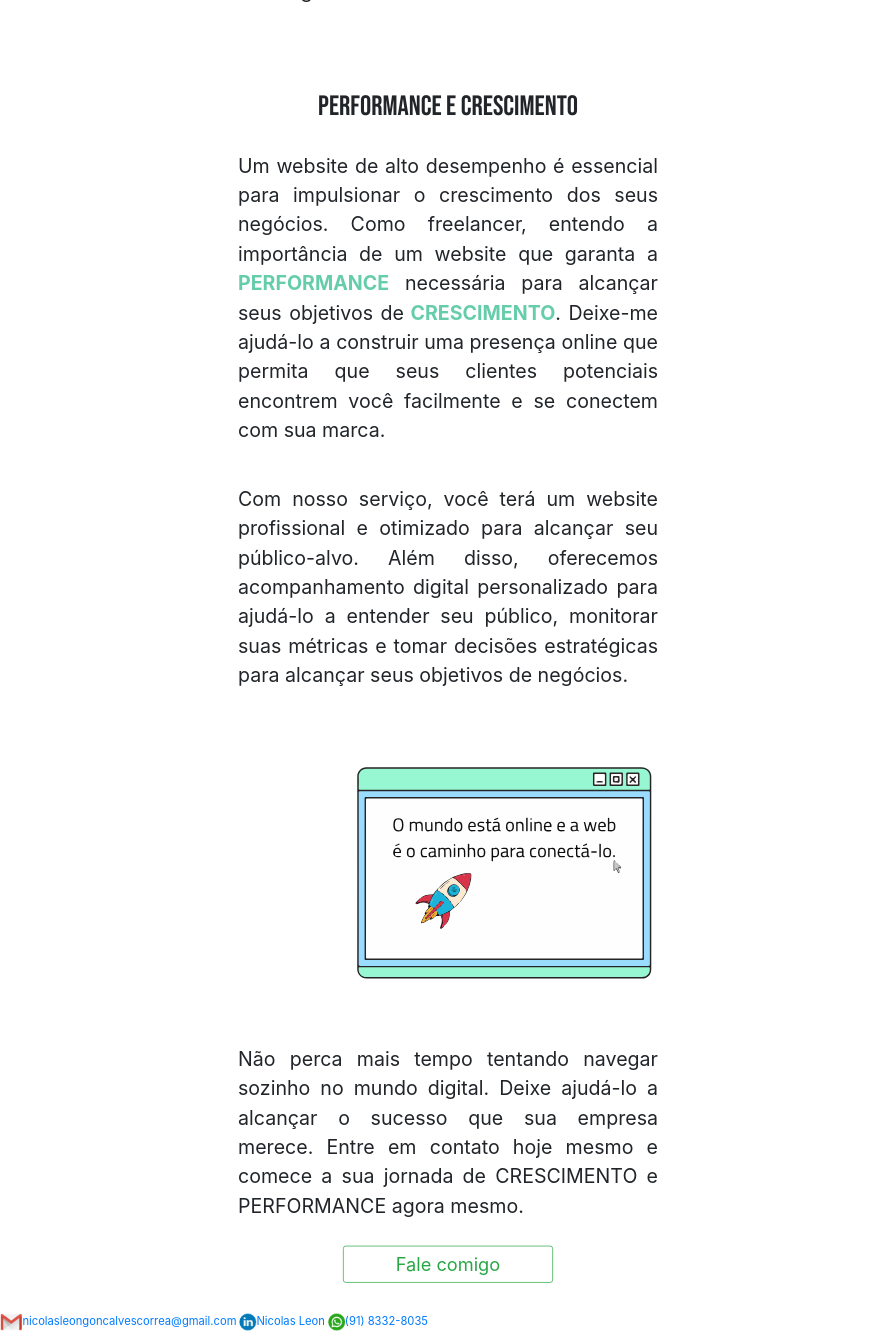
Repository: Leonngc/nicdev
Page: index.html
The author's editor kept a copy of each file at every save. The page is drawn from the files as they stood at one save, then again after a run of saves.
The browser window is 1280 px wide. The pictures show the part of the page from y = 2372 to 4292 px (the page is 4292 px tall), at 70% of full size.
Some web libraries are served in a nearby version.

Above is the page before, as saved 2023-04-14 18:51:07.

After the next 4 saves:
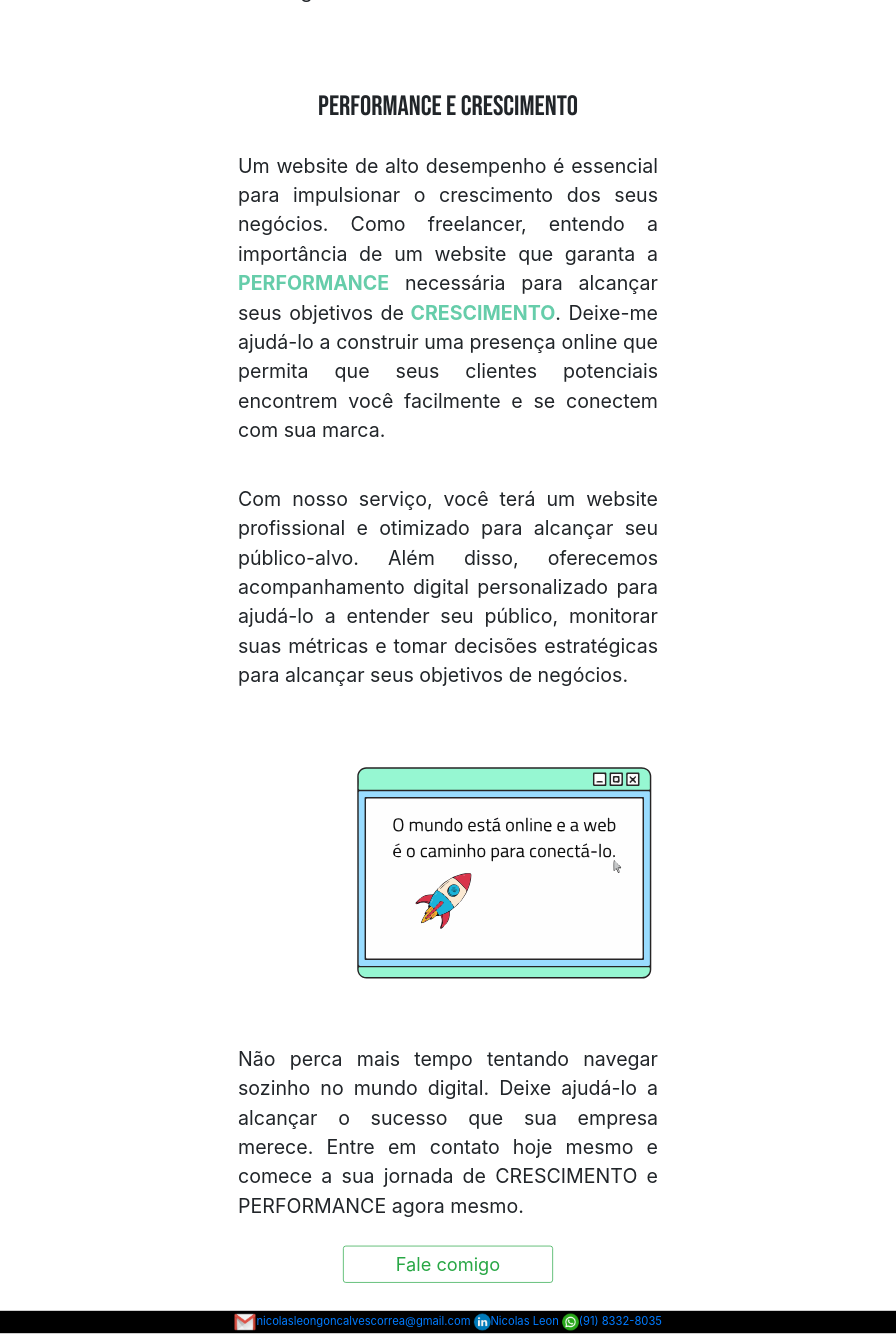
The 4 saves are shown as one change because they came seconds apart.
The last was saved 31 s later.
--- a/index.html
+++ b/index.html
@@ -13,6 +13,7 @@
     <link rel="stylesheet" href="styles/contain.css" />
     <link rel="stylesheet" href="styles/main.css" />
     <link rel="stylesheet" href="styles/scrollbar.css" />
+    <link rel="stylesheet" href="styles/footer.css">
     <title>nicdev</title>
   </head>
   <body>
